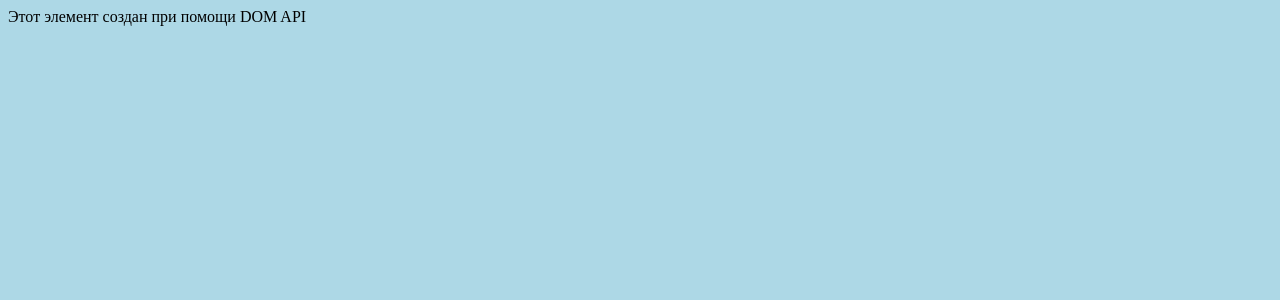
Repository: JohnnyBravo85/LoftSchool-CHOCCO
Page: task1.html
The author's editor kept a copy of each file at every save. The page is drawn from the files as they stood at one save, then again after the next save.
The browser window is 1280 px wide. The pictures show the whole page.

Above is the page before, as saved 2019-05-23 14:59:16.
Console error: ReferenceError: divSelect is not defined

### task1.html
<!DOCTYPE html>
<html lang="en">
<head>
  <meta charset="UTF-8">
  <meta name="viewport" content="width=device-width, initial-scale=1.0">
  <meta http-equiv="X-UA-Compatible" content="ie=edge">
  <title>Document</title>
</head>
<style>
  body {
    background: lightblue;
  }
</style>
<body>
  <script src="./js/task2.js"></script>
</body>
</html>

### js/task2.js
//TASK 1
const elementDiv = document.createElement('div');
document.body.appendChild(elementDiv);
elementDiv.textContent = 'Этот элемент создан при помощи DOM API';

//TASK 2
const elementDiv2 = document.createElement('div');
elementDiv2.classList.add('inner');
elementDiv2.textContent = 'Этот элемент тоже создан при помощи DOM API';

// const divSelect = document.querySelector('inner');
divSelect.appendChild(elementDiv2);

After the next save:
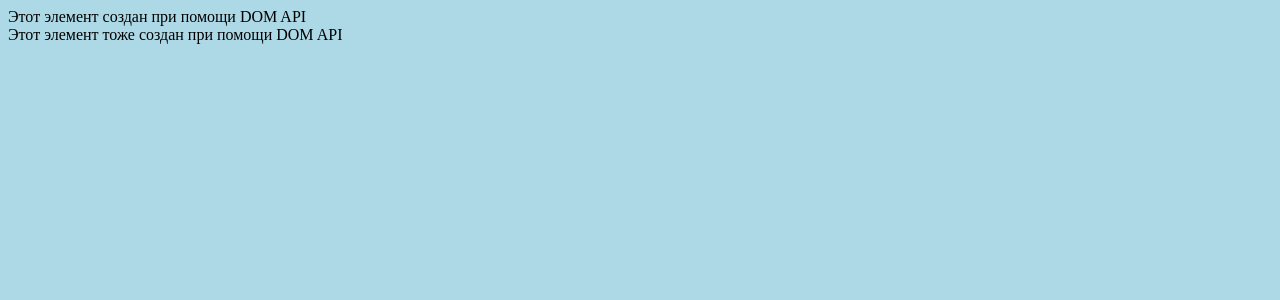
The error is gone.
Saved 35 s later.
--- a/js/task2.js
+++ b/js/task2.js
@@ -7,6 +7,4 @@ elementDiv.textContent = 'Этот элемент создан при помощ
 const elementDiv2 = document.createElement('div');
 elementDiv2.classList.add('inner');
 elementDiv2.textContent = 'Этот элемент тоже создан при помощи DOM API';
-
-// const divSelect = document.querySelector('inner');
-divSelect.appendChild(elementDiv2);
+elementDiv.appendChild(elementDiv2);
